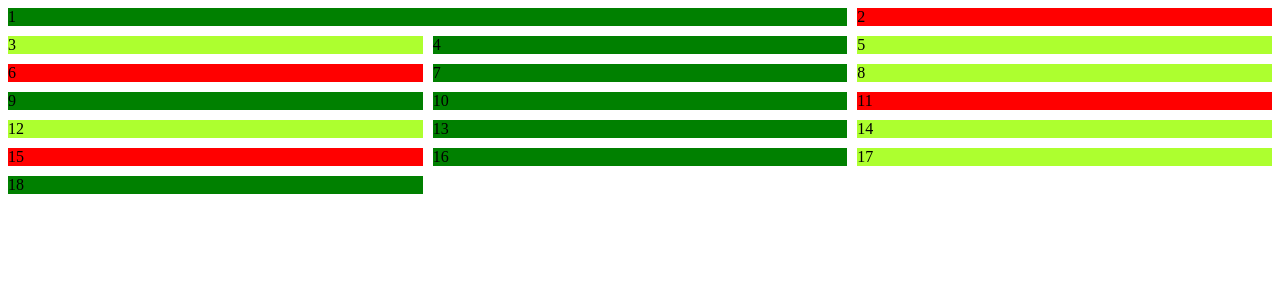
Repository: motiejus1/09-paskaita-05.31
Page: index.html
An editor plug-in stored every save of this project. The page is shown before and after a run of saves, followed by the edit.
The browser window is 1280 px wide. The pictures show the whole page.

Above is the page before, as saved 2021-06-15 19:00:57.

After the next 3 saves:
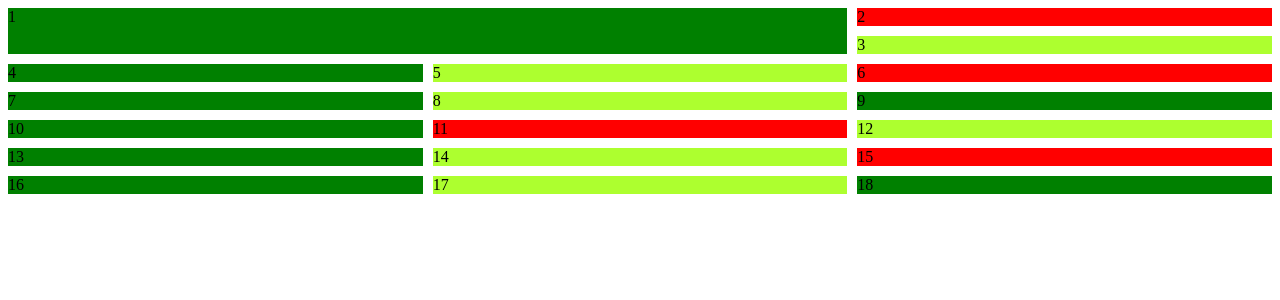
The 3 saves are shown as one change because they came seconds apart.
The last was saved 7 s later.
--- a/index.html
+++ b/index.html
@@ -29,7 +29,7 @@
             grid-column-start: 1 ;
             grid-column-end: 3 ;
             grid-row-start: 1 ;
-            grid-column-end: 3 ;
+            grid-row-end: 3 ;
         }
     </style>
 </head>
